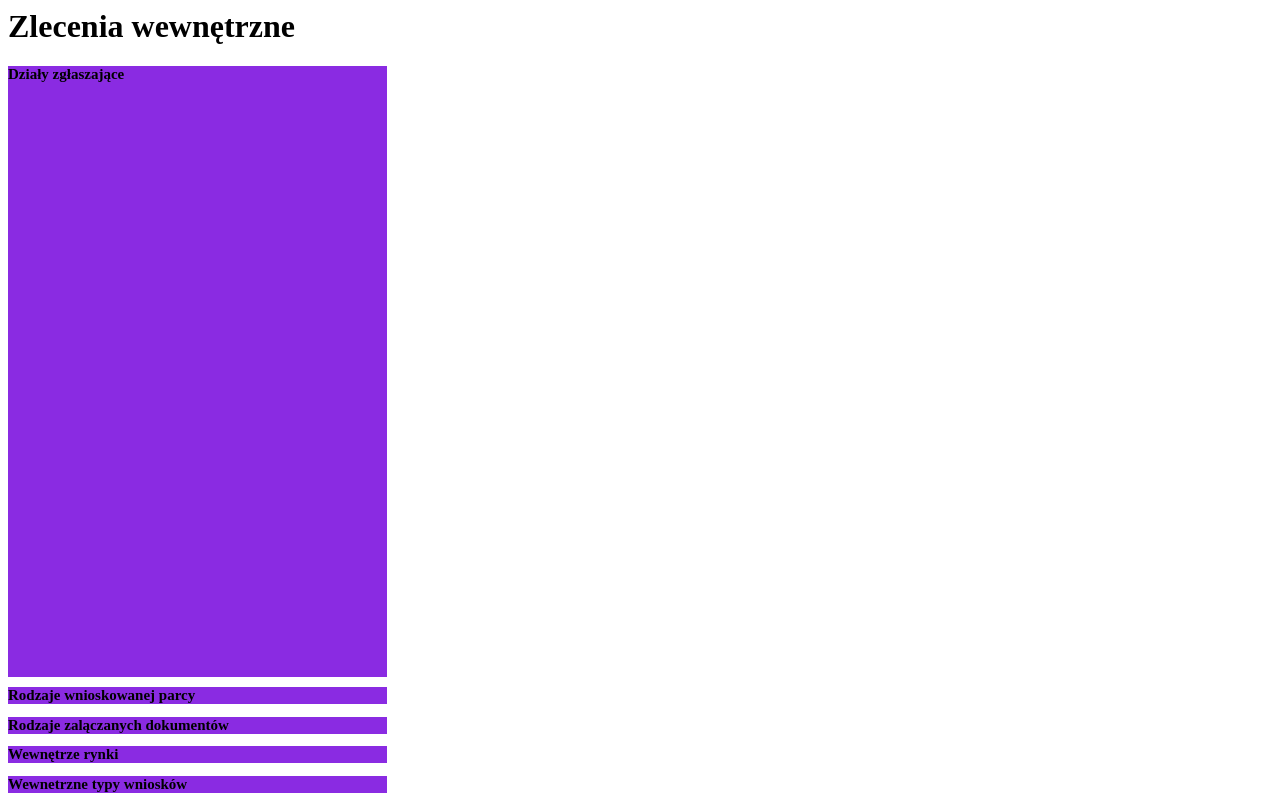
Repository: emdes515/EHpanel
Page: html/dashboardZleceniaWewnetrzne.html
The author's editor kept a copy of each file at every save. The page is drawn from the files as they stood at one save, then again after the next save.
The browser window is 1280 px wide. The pictures show the whole page.

Above is the page before, as saved 2024-04-18 07:37:12.
Console error: ReferenceError: $ is not defined

After the next save:
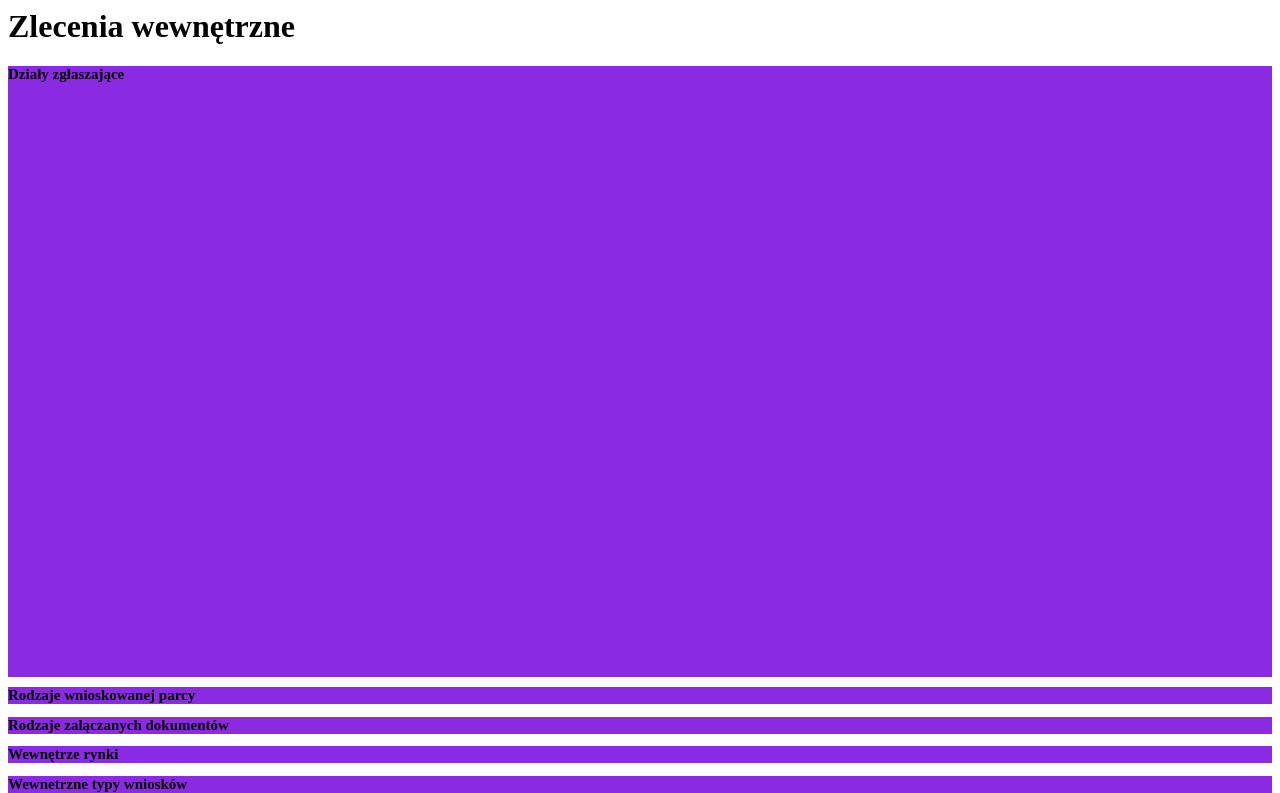
Saved 87 s later.
--- a/html/dashboardZleceniaWewnetrzne.html
+++ b/html/dashboardZleceniaWewnetrzne.html
@@ -8,12 +8,12 @@
 <h1 class="text-center w-100">Zlecenia wewnętrzne</h1>
 
 <div
-	class="d-flex w-100"
+	class="d-grid grid-col w-100"
 	style="height: 85%">
 	<div class="row">
 		<div
-			class="border-primary"
-			style="background-color: blueviolet; width: 30%"
+			class="col-4 border-primary"
+			style="background-color: blueviolet"
 			id="dashboardZleceniaWewnetrzneDzialyZglaszajace">
 			<h2 style="height: 10%">Działy zgłaszające</h2>
 			<div
@@ -23,7 +23,7 @@
 
 		<div
 			class="col-4 border-primary"
-			style="background-color: blueviolet; width: 30%"
+			style="background-color: blueviolet"
 			id="dashboardZleceniaWewnetrzneRodzajeWnioskowanejPracy">
 			<h2>Rodzaje wnioskowanej parcy</h2>
 			<div id="dashboardZleceniaWewnetrzneRodzajeWnioskowanejPracyPulpit"></div>
@@ -31,7 +31,7 @@
 
 		<div
 			class="col-4 border-primary"
-			style="background-color: blueviolet; width: 30%"
+			style="background-color: blueviolet"
 			id="dashboardZleceniaWewnetrzneRodzajeZalaczanychDokumentow">
 			<h2>Rodzaje zalączanych dokumentów</h2>
 			<div id="dashboardZleceniaWewnetrzneRodzajeZalaczanychDokumentowPulpit"></div>
@@ -41,7 +41,7 @@
 	<div class="row">
 		<div
 			class="col-4 border-primary"
-			style="background-color: blueviolet; width: 30%"
+			style="background-color: blueviolet"
 			id="dashboardZleceniaWewnetrzneRynki">
 			<h2>Wewnętrze rynki</h2>
 			<div id="dashboardZleceniaWewnetrzneRynkiPulpit"></div>
@@ -49,7 +49,7 @@
 
 		<div
 			class="col-4 border-primary"
-			style="background-color: blueviolet; width: 30%"
+			style="background-color: blueviolet"
 			id="dashboardZleceniaWewnetrzneTypyWnioskow">
 			<h2>Wewnetrzne typy wniosków</h2>
 			<div id="dashboardZleceniaWewnetrzneTypyWnioskowPulpit"></div>
